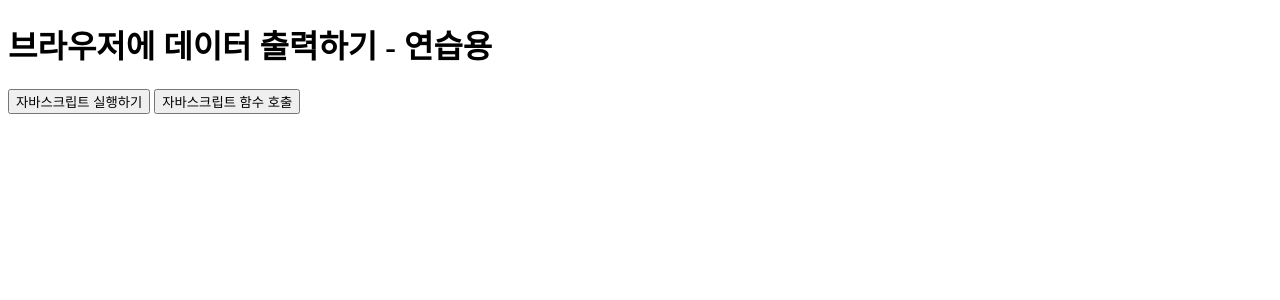
Repository: wishinghyun/multicampus
Page: webwork/clientweb/WebContent/js_basic/js_basic_test01.html
The author's editor kept a copy of each file at every save. The page is drawn from the files as they stood at one save, then again after the next save.
The browser window is 1280 px wide. The pictures show the whole page.

Above is the page before, as saved 2020-01-07 01:51:54.

After the next save:
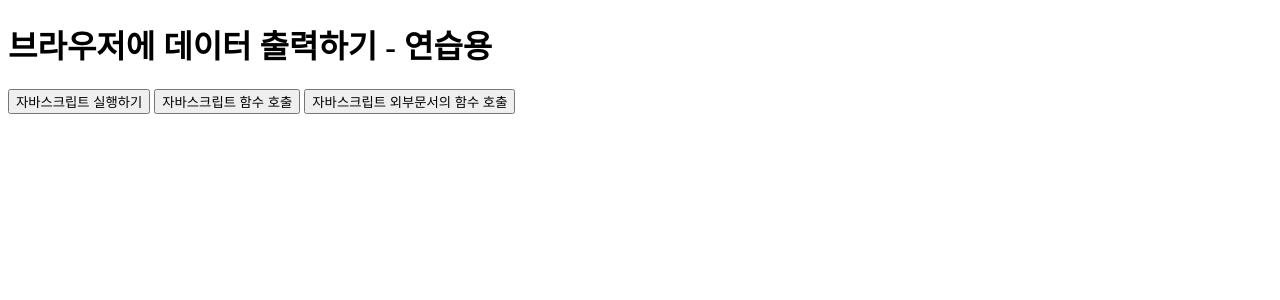
Saved 49 s later.
--- a/webwork/clientweb/WebContent/js_basic/js_basic_test01.html
+++ b/webwork/clientweb/WebContent/js_basic/js_basic_test01.html
@@ -28,5 +28,6 @@
 	<input type="button" value="자바스크립트 실행하기" onclick="alert('안녕')">
 	<input type="button" value="자바스크립트 함수 호출" onclick="test()">
 	<!-- 4. 외부문서로 작성하고 호출하기 -->
+	<input type="button" value="자바스크립트 외부문서의 함수 호출" onclick="test2()">
 </body>
 </html>
